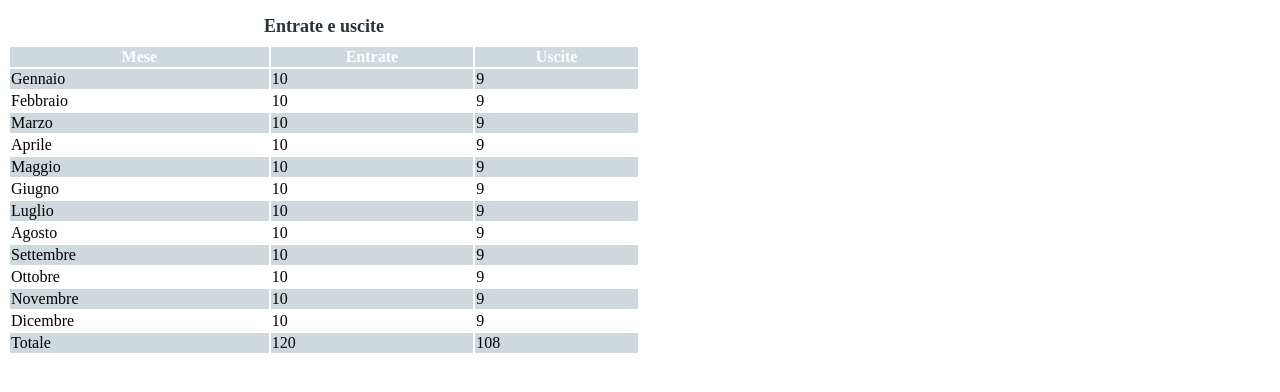
Repository: CryptoFamilyNFT/develhope
Page: css/tabellaCSS/index.html
These files come from the project's save history. The page is drawn as it stood at one moment and after the next save; the edit follows.
The browser window is 1280 px wide. The pictures show the whole page.

Above is the page before, as saved 2024-11-08 11:50:26.

After the next save:
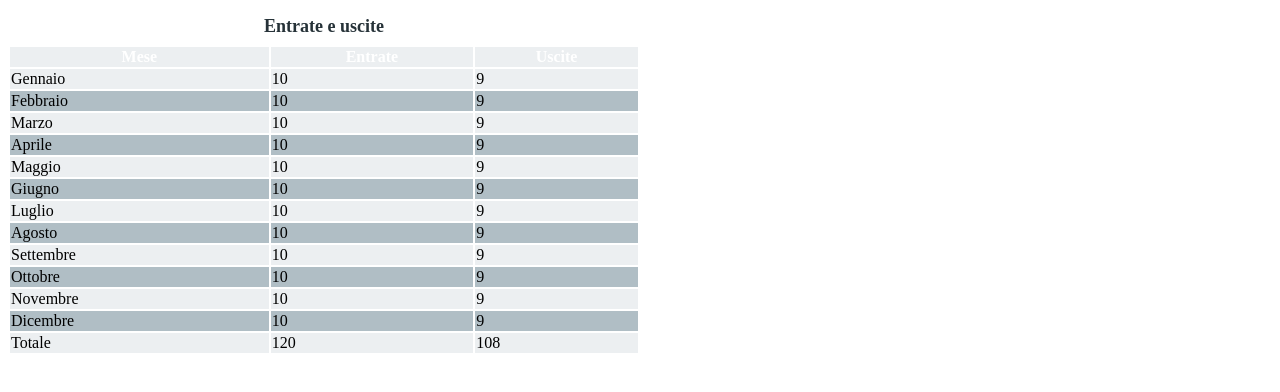
Saved 78 s later.
--- a/css/tabellaCSS/style.css
+++ b/css/tabellaCSS/style.css
@@ -17,5 +17,9 @@ table > thead {
 }
 
 tr:nth-of-type(odd) {
-    background-color: #cfd8dc;
+    background-color: #eceff1;
 }
+
+tr:nth-of-type(even) {
+    background-color: #b0bec5;
+}
